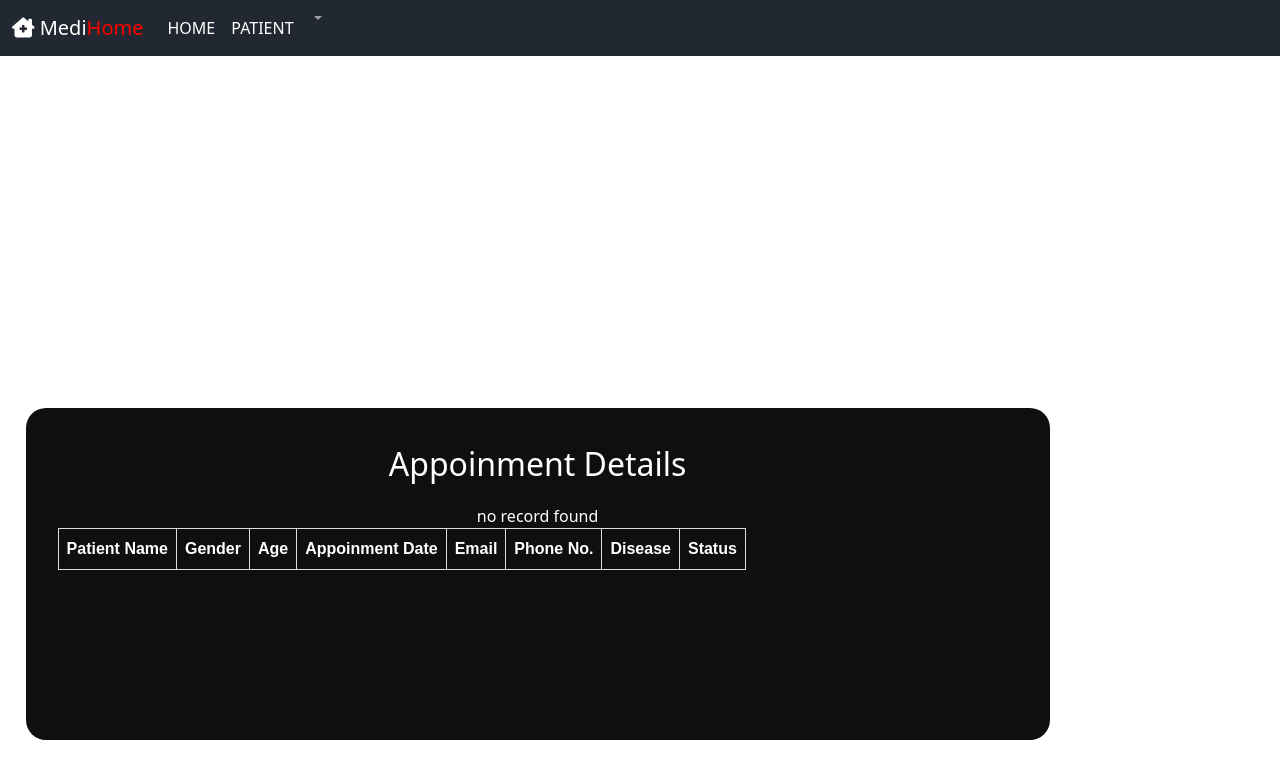
Repository: SparshGarg1/Hospital-Management-System
Page: http://localhost/Hospital/doctorpatient.jsp
These files come from the project's save history. The page is drawn as it stood at one moment and after the next save; the edit follows.
The browser window is 1280 px wide. The pictures show the whole page.
Some web libraries are served in a nearby version. The page is served by Tomcat 9. Queries for data that is not in the repository find no rows.

Above is the page before, as saved 2022-08-21 05:41:10.

After the next save:
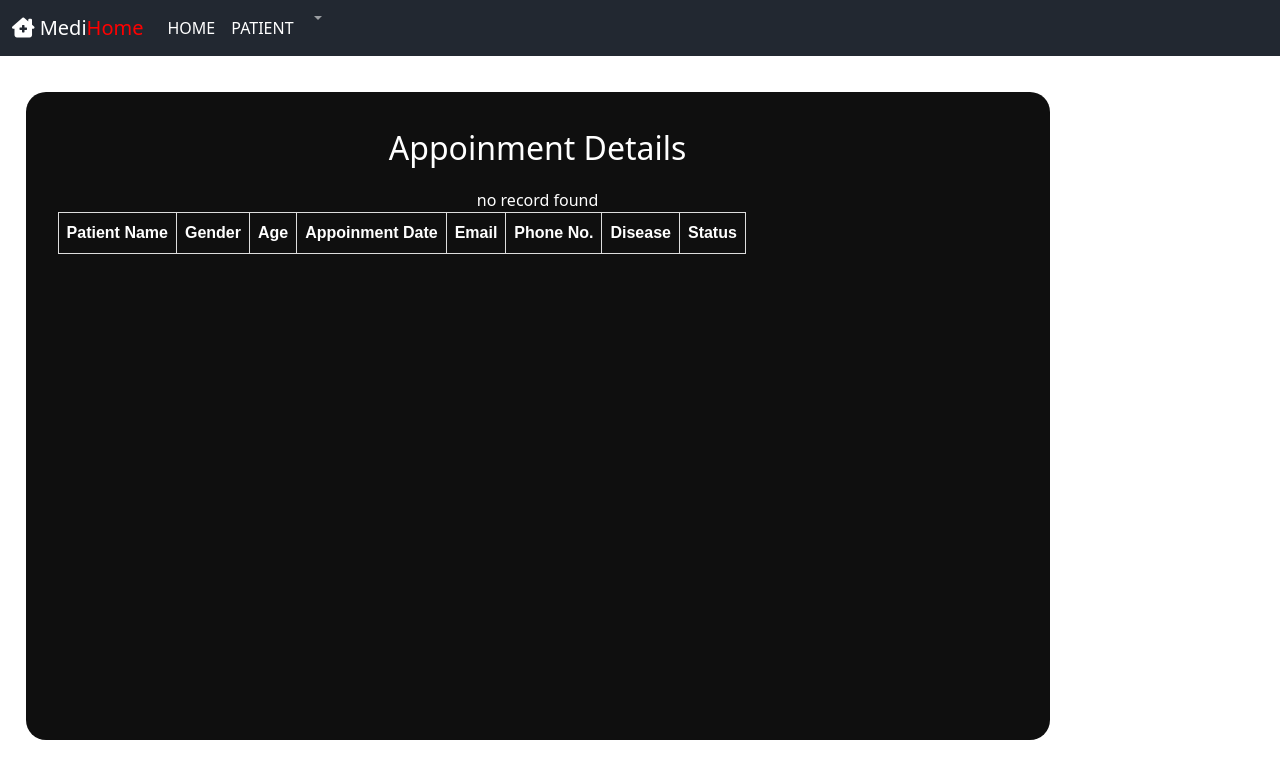
Saved 12 s later.
--- a/Hospital/WebContent/doctorpatient.jsp
+++ b/Hospital/WebContent/doctorpatient.jsp
@@ -147,8 +147,6 @@
 </nav>
 
 <section class="main">
-    <div class="contain">
-           </div>
     <div class="show1">
         <p class="head">Appoinment Details</p>
         <table>
